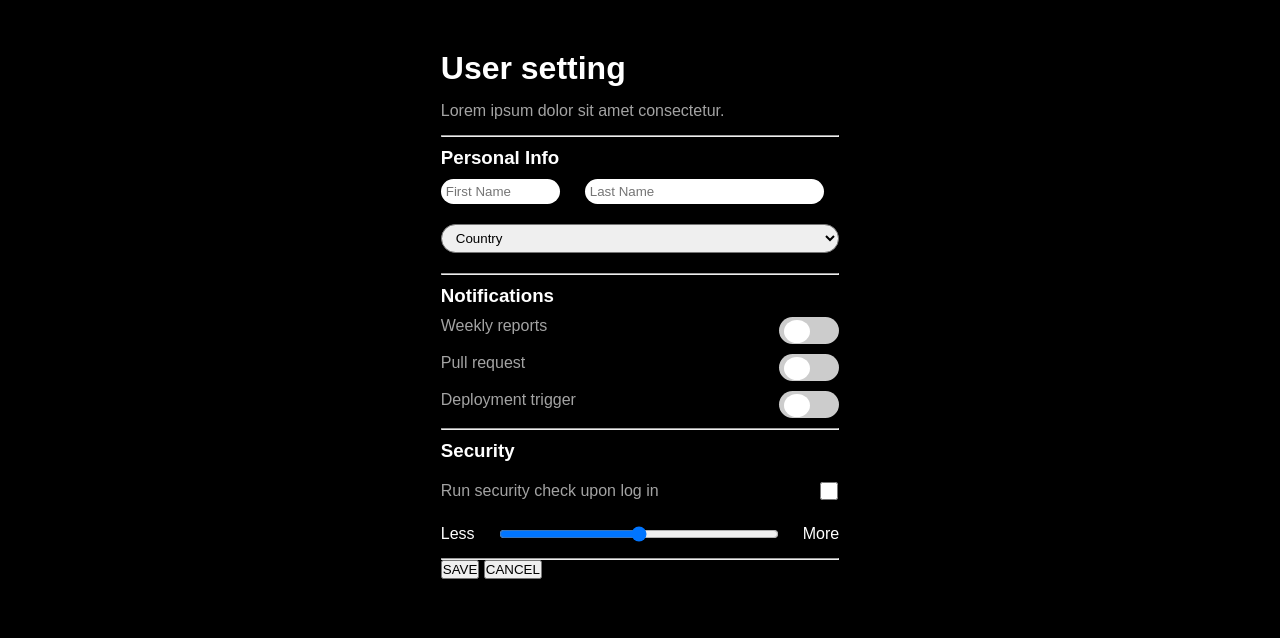
Repository: imokha01/DOM
Page: index.html
An editor plug-in stored every save of this project. The page is shown before and after a run of saves, followed by the edit.
The browser window is 1280 px wide. The pictures show the whole page.

Above is the page before, as saved 2023-12-21 09:55:06.

After the next 2 saves:
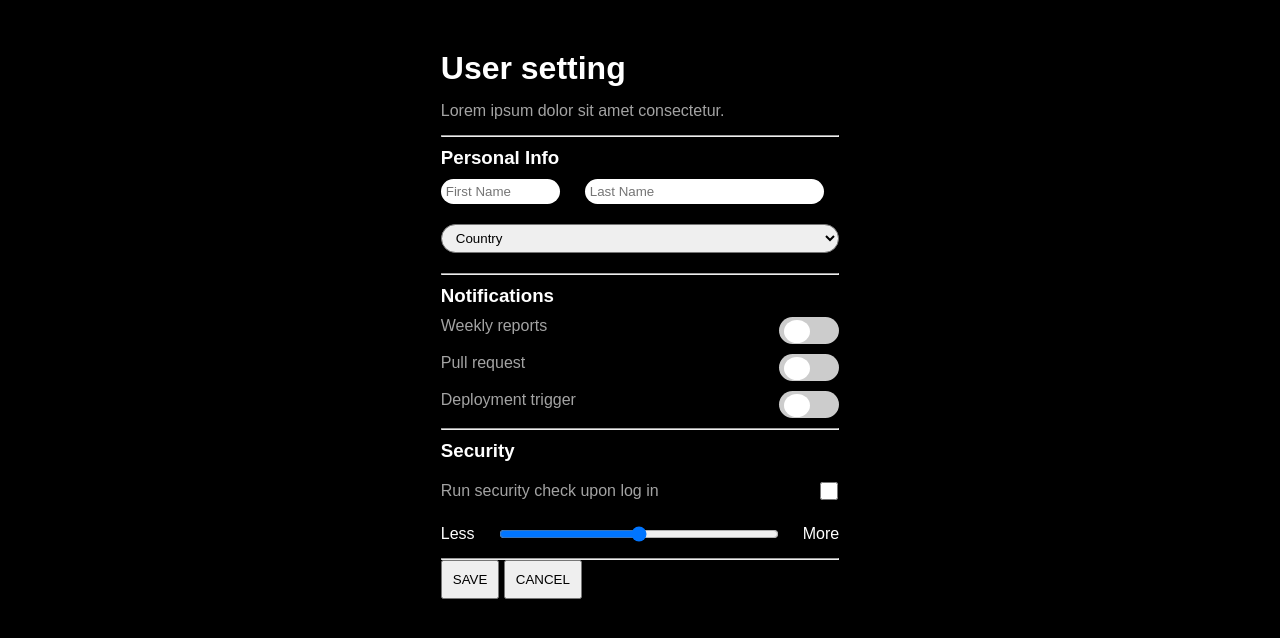
The 2 saves are shown as one change because they came seconds apart.
The last was saved 31 s later.
--- a/index.css
+++ b/index.css
@@ -94,7 +94,7 @@ option {
 }
 
 button {
-    padding: 20
+    padding: 10px;
 }
 
 
